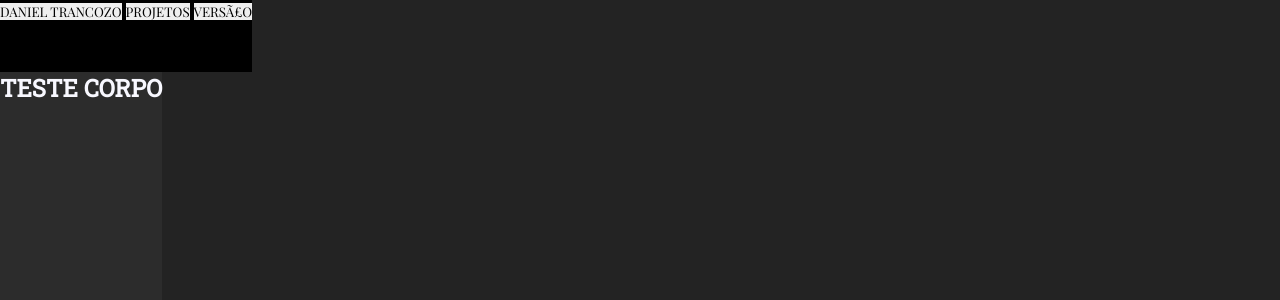
Repository: danieltrancozo/danieltrancozo.github.io
Page: index.html
An editor plug-in stored every save of this project. The page is shown before and after the next save, followed by the edit.
The browser window is 1280 px wide. The pictures show the whole page.

Above is the page before, as saved 2021-05-04 23:19:31.

After the next save:
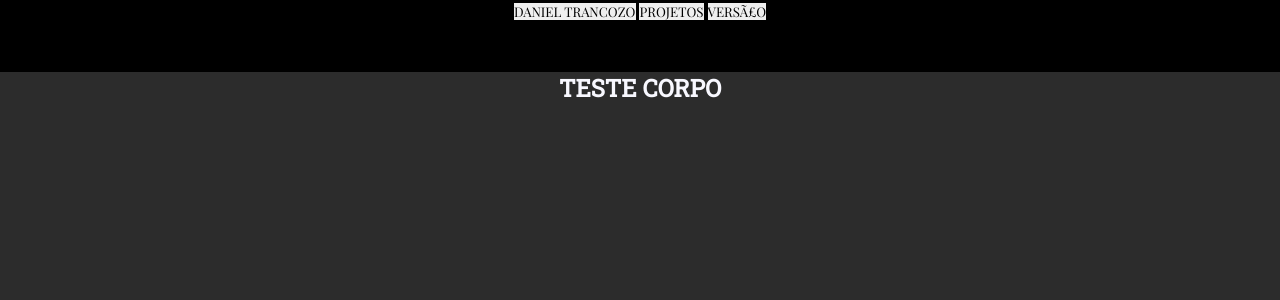
Saved 42 s later.
--- a/css/estilo3.css
+++ b/css/estilo3.css
@@ -18,6 +18,7 @@ body{
     color: silver;
     font-family: 'Playfair Display', serif;
     height: 10%;
+    width: 100%;
     position: absolute;
 }
 .corp{
@@ -25,6 +26,7 @@ body{
     color: ghostwhite;
     font-family: 'Roboto Slab', serif;
     height: 90%;
+    width: 100%;
     position: absolute;
     top: 10%;
 }
